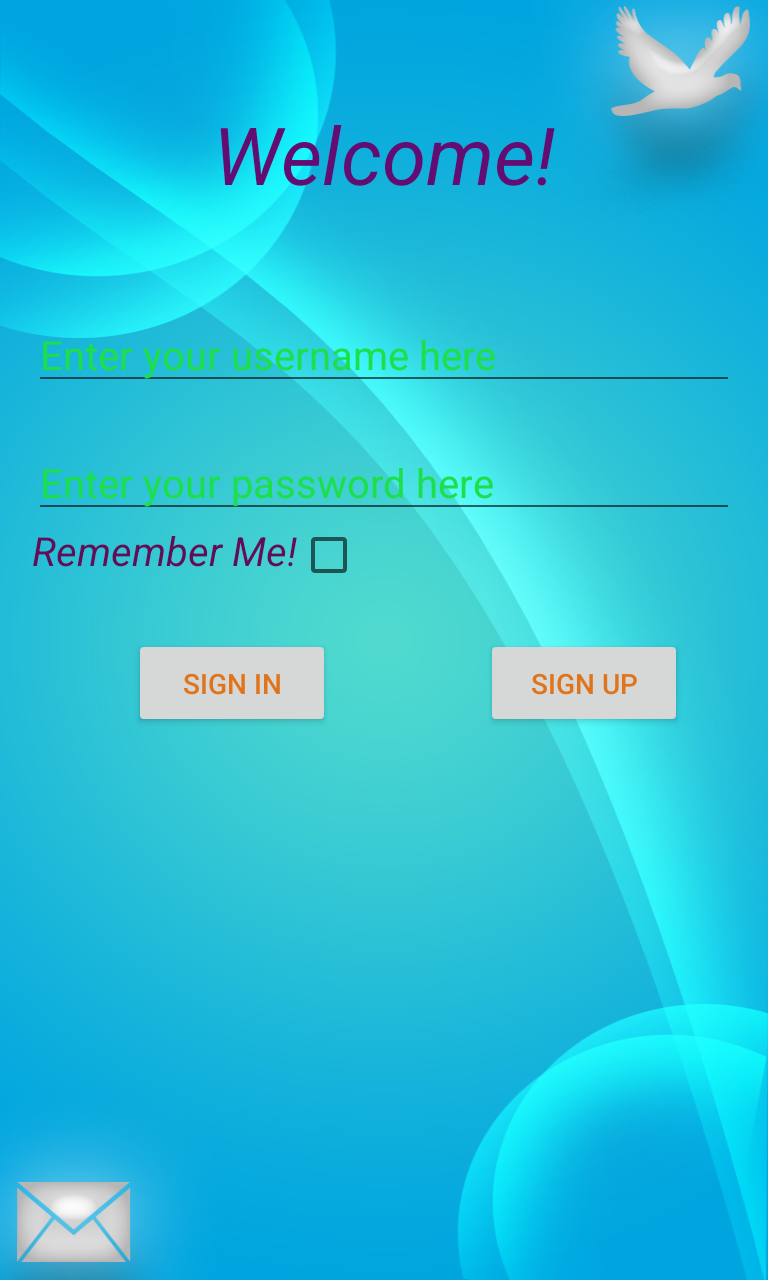
Repository: JodyCoolit/android
Layout: Delivery/res/layout/activity_login.xml
These files come from the project's save history. The layout is drawn as it stood at one moment and after the next save; the edit follows.
It is drawn on a 768 x 1280 px phone screen (xhdpi) without system bars, with theme AppTheme; the app's code is not run.

Above is the layout before, as saved 2014-08-25 02:27:05.

### Delivery/res/layout/activity_login.xml
<?xml version="1.0" encoding="utf-8"?>
<LinearLayout xmlns:android="http://schemas.android.com/apk/res/android"
    android:layout_width="match_parent"
    android:layout_height="match_parent"
    android:paddingLeft="16dp"
    android:paddingRight="16dp"
    android:orientation="vertical"
    android:background="@drawable/bg_login"
    >

    <TextView
        android:layout_marginTop="50sp"
        android:layout_width="wrap_content"
        android:layout_height="wrap_content"
        android:text="@string/welcome"
        android:textSize="40sp"
        android:layout_gravity="center"
        android:textStyle="italic"
        android:textColor="#630D73"
         />
	<EditText
	    android:id="@+id/et_login_username"
	    android:singleLine="true"
	    android:textColorHint="#1BE049"
	    android:textColor="#1BE011"
	    android:layout_marginTop="50sp"
	    android:textSize="20sp"
        android:layout_width="match_parent"
        android:layout_height="wrap_content"
        android:hint="@string/hint_username" />
    <EditText
        android:id="@+id/et_login_password"
        android:singleLine="true"
        android:textColor="#1BE011"
        android:textColorHint="#1BE049"
        android:layout_marginTop="20sp"
        android:textSize="20sp"
        android:layout_width="match_parent"
        android:layout_height="wrap_content"
        android:gravity="top"
        android:inputType="textPassword"
        android:hint="@string/hint_password" />

    <LinearLayout
        android:layout_width="match_parent"
    	android:layout_height="wrap_content"
    	android:orientation="horizontal">
    	<TextView
        android:layout_width="wrap_content"
        android:layout_height="wrap_content"
        android:text="@string/rememberMe"
        android:textSize="20sp"
        android:textStyle="italic"
        android:textColor="#620D55"
         />
    	<CheckBox
        android:id="@+id/cb_rememberMe"
        android:layout_width="wrap_content"
        android:layout_height="wrap_content"
        />
    </LinearLayout>
    <LinearLayout
        android:layout_width="match_parent"
    	android:layout_height="wrap_content">
        <Button
            android:id="@+id/btn_signin"
	        android:textColor="#E0741B"
	        android:layout_marginTop="10sp"
	        android:layout_marginLeft="50sp"
	        android:layout_width="100dp"
	        android:layout_height="wrap_content"
	        android:layout_gravity="center"
	        android:text="@string/btn_signin" />

        <ProgressBar
        android:id="@+id/pb_login"
        style="?android:attr/progressBarStyleLarge"
        android:layout_width="wrap_content"
        android:layout_height="wrap_content" />

     	<Button
         	android:id="@+id/btn_signup"
	        android:textColor="#E0741B"
	        android:layout_marginTop="10sp"
	        android:layout_marginLeft="0sp"
	        android:layout_width="100dp"
	        android:layout_height="wrap_content"
	        android:layout_gravity="center"
	        android:text="@string/btn_signup" />
    </LinearLayout>

</LinearLayout>

### Delivery/res/values/strings.xml
<?xml version="1.0" encoding="utf-8"?>
<resources>
    <string name="app_name">Delivery</string>
    <string name="signup">Sign Up</string>

    <!-- LoginActivity -->
    <string name="welcome">Welcome!</string>
    <string name="rememberMe"> Remember Me!</string>
	<string name="btn_signin">Sign in</string>
	<string name="btn_signup">Sign up</string>
	<string name="hint_username">Enter your username here</string>
	<string name="hint_password">Enter your password here</string>

	<!--  SignupActivity -->
	<string name="tv_signup_username">Username : </string>
	<string name="tv_signup_password">Password : </string>
	<string name="hint_signup_username">E-mail/Username/IC</string>
	<string name="hint_signup_password">Case Sencetive</string>
	<string name="hint_signup_address">Address for delivery</string>
	<string name="tv_signup_phone">Phone : </string>
	<string name="tv_signup_email">E-mail : </string>
	<string name="tv_signup_address">Address : </string>
	<string name="btn_signup_register">Register Now!</string>
</resources>

Loaded but not shown: Delivery/res/values/styles.xml (common file); Delivery/res/values-v11/styles.xml (common file); Delivery/res/values-v14/styles.xml (common file)

After the next save:
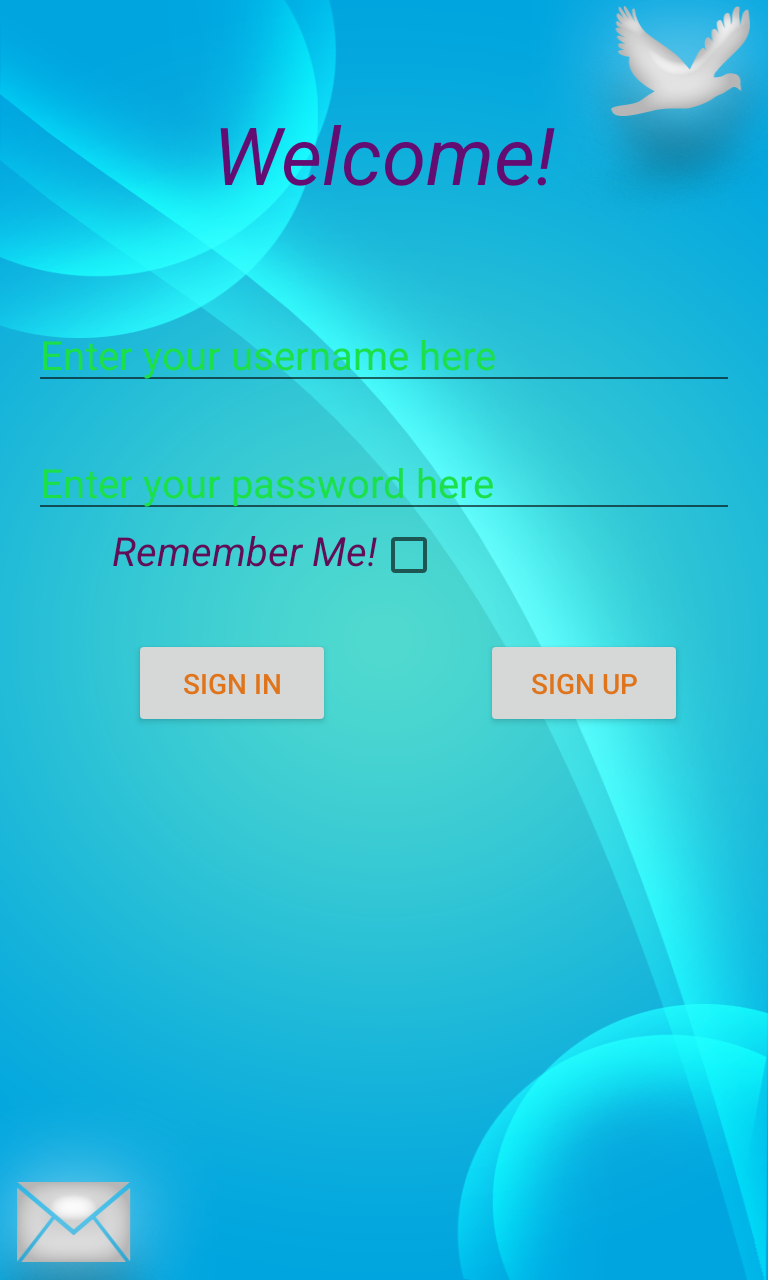
Saved 29 s later.
--- a/Delivery/res/layout/activity_login.xml
+++ b/Delivery/res/layout/activity_login.xml
@@ -46,6 +46,7 @@
     	android:layout_height="wrap_content"
     	android:orientation="horizontal">
     	<TextView
+    	android:layout_marginLeft="40sp"
         android:layout_width="wrap_content"
         android:layout_height="wrap_content"
         android:text="@string/rememberMe"
